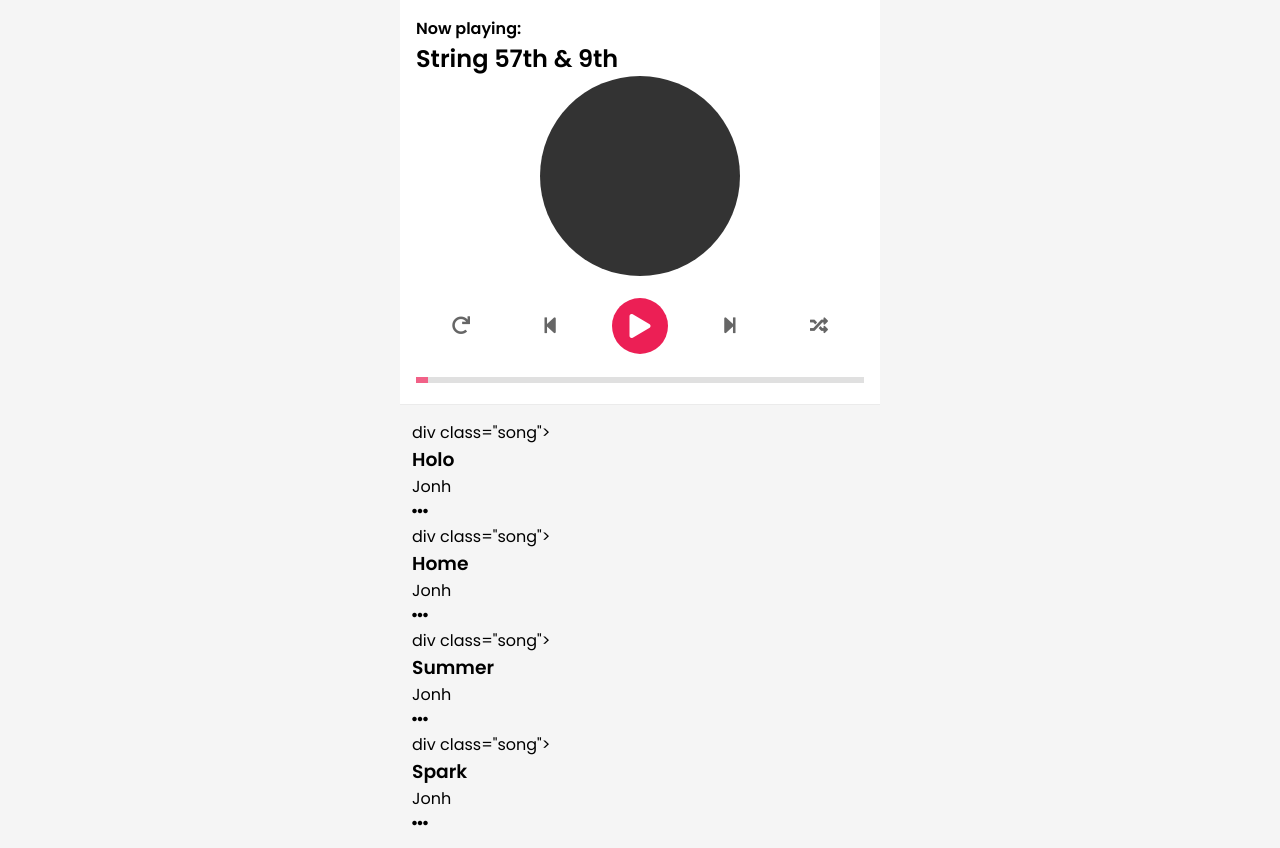
Repository: MinhNhatIT2901/Mp3-clon
Page: index.html
These files come from the project's save history. The page is drawn as it stood at one moment and after the next save; the edit follows.
The browser window is 1280 px wide. The pictures show the whole page.
Pictures or frames that could not be fetched are drawn as grey boxes.

Above is the page before, as saved 2022-01-01 17:20:45.

### index.html
<!DOCTYPE html>
<html lang="en">
<head>
    <meta charset="UTF-8">
    <meta http-equiv="X-UA-Compatible" content="IE=edge">
    <meta name="viewport" content="width=device-width, initial-scale=1.0">
    <title>Document</title>
    <link rel="stylesheet" href="./asset/css/app.css">
    <link rel="stylesheet" href="https://cdnjs.cloudflare.com/ajax/libs/font-awesome/5.15.2/css/all.min.css" integrity="sha512-HK5fgLBL+xu6dm/Ii3z4xhlSUyZgTT9tuc/hSrtw6uzJOvgRr2a9jyxxT1ely+B+xFAmJKVSTbpM/CuL7qxO8w==" crossorigin="anonymous" />
    <link rel="preconnect" href="https://fonts.gstatic.com">
    <link href="https://fonts.googleapis.com/css2?family=Poppins:wght@300;400;600&display=swap" rel="stylesheet">
</head>
<body>
    <div class="player">
        <div class="dashboard">
            <div class="header">
                <h4>Now playing:</h4>
                <h2>String 57th & 9th</h2>
            </div>

            <div class="cd">
                <div class="cd-thumb">
                </div>
            </div>

            <div class="control">
                <div class="btn btn-repeat">
                    <i class="fas fa-redo"></i>
                </div>
                <div class="btn btn-prev">
                    <i class="fas fa-step-backward"></i>
                </div>
                <div class="btn btn-toggle-play">
                    <i class="fas fa-pause icon-pause"></i>
                    <i class="fas fa-play icon-play"></i>
                </div>
                <div class="btn btn-next">
                    <i class="fas fa-step-forward"></i>
                </div>
                <div class="btn btn-random">
                    <i class="fas fa-random"></i>
                </div>
            </div>

            <input id="progress" class="progress" type="range" value="0" step="1" min="0" max="100">
            <audio id="audio" src=""></audio>
        </div>

        <div class="playlist">
            <!-- <div class="song">
                <div class="thumb" style="background-image: url('https://i.ytimg.com/vi/jTLhQf5KJSc/maxresdefault.jpg')">
                </div>
                <div class="body">
                    <h3 class="title">Music name</h3>
                    <p class="author">Singer</p>
                </div>
                <div class="option">
                    <i class="fas fa-ellipsis-h"></i>
                </div>
            </div> -->
        </div>
    </div>
</body>
    <script src="./asset/css/app.js"></script>
</html>

### asset/css/app.css
:root {
  --primary-color: #ec1f55;
  --text-color: #333;
}

* {
  padding: 0;
  margin: 0;
  box-sizing: inherit;
}

body {
  background-color: #f5f5f5;
}

html {
  box-sizing: border-box;
  font-family: "Poppins", sans-serif;
}

.player {
  position: relative;
  max-width: 480px;
  margin: 0 auto;
}

.player .icon-pause {
  display: none;
}

.player.playing .icon-pause {
  display: inline-block;
}

.player.playing .icon-play {
  display: none;
}

.dashboard {
  padding: 16px 16px 14px;
  background-color: #fff;
  position: fixed;
  top: 0;
  width: 100%;
  max-width: 480px;
  border-bottom: 1px solid #ebebeb;
}

/* HEADER */
header {
  text-align: center;
  margin-bottom: 10px;
}

header h4 {
  color: var(--primary-color);
  font-size: 12px;
}

header h2 {
  color: var(--text-color);
  font-size: 20px;
}

/* CD */
.cd {
  display: flex;
  margin: auto;
  width: 200px;
}

.cd-thumb {
  width: 100%;
  padding-top: 100%;
  border-radius: 50%;
  background-color: #333;
  background-size: cover;
  margin: auto;
}

/* CONTROL */
.control {
  display: flex;
  align-items: center;
  justify-content: space-around;
  padding: 18px 0 8px 0;
}

.control .btn {
  color: #666;
  padding: 18px;
  font-size: 18px;
}

.control .btn.active {
  color: var(--primary-color);
}

.control .btn-toggle-play {
  width: 56px;
  height: 56px;
  border-radius: 50%;
  font-size: 24px;
  color: #fff;
  display: flex;
  align-items: center;
  justify-content: center;
  background-color: var(--primary-color);
}

.progress {
  width: 100%;
  -webkit-appearance: none;
  height: 6px;
  background: #d3d3d3;
  outline: none;
  opacity: 0.7;
  -webkit-transition: 0.2s;
  transition: opacity 0.2s;
}

.progress::-webkit-slider-thumb {
  -webkit-appearance: none;
  appearance: none;
  width: 12px;
  height: 6px;
  background-color: var(--primary-color);
  cursor: pointer;
}

/* PLAYLIST */
.playlist {
  margin-top: 408px;
  padding: 12px;
}

.song {
  display: flex;
  align-items: center;
  margin-bottom: 12px;
  background-color: #fff;
  padding: 8px 16px;
  border-radius: 5px;
  box-shadow: 0 2px 3px rgba(0, 0, 0, 0.1);
}

.song.active {
  background-color: var(--primary-color);
}

.song:active {
  opacity: 0.8;
}

.song.active .option,
.song.active .author,
.song.active .title {
  color: #fff;
}

.song .thumb {
  width: 44px;
  height: 44px;
  border-radius: 50%;
  background-size: cover;
  margin: 0 8px;
}

.song .body {
  flex: 1;
  padding: 0 16px;
}

.song .title {
  font-size: 18px;
  color: var(--text-color);
}

.song .author {
  font-size: 12px;
  color: #999;
}

.song .option {
  padding: 16px 8px;
  color: #999;
  font-size: 18px;
}

### asset/css/app.js
const $ = document.querySelector.bind(document);
const $$ = document.querySelectorAll.bind(document);

const app = {
    songs: [
        {
            name: 'Holo',
            singer: 'Jonh',
            path: './asset/music/holo.mp3',
            image: 'https://a10.gaanacdn.com/images/song/39/24225939/crop_480x480_1536749130.jpg'
        },
        {
            name: 'Home',
            singer: 'Jonh',
            path: './asset/music/home.mp3',
            image: './asset/img/img2.jpg'
        },
        {
            name: 'Summer',
            singer: 'Jonh',
            path: './asser/music/mp3_music_summer.mp3',
            image: './asset/img/img3.jpg'
        },
        {
            name: 'Spark',
            singer: 'Jonh',
            path: './asset/music/spark.mp3',
            image: './asset/img/img4.jpg'
        }
    ],
    render: function() {
        const htmls = this.songs.map(song => {
            return `
                div class="song">
                    <div class="thumb"
                        style="background-image: url('${song.image}')">
                    </div>
                    <div class="body">
                        <h3 class="title">${song.name}</h3>
                        <p class="author">${song.singer}</p>
                    </div>
                    <div class="option">
                        <i class="fas fa-ellipsis-h"></i>
                    </div>
                </div>
            `
        })
        $('.playlist').innerHTML = htmls.join('');
    },
    start: function() {
        this.render();
    }
}

app.start();

After the next save:
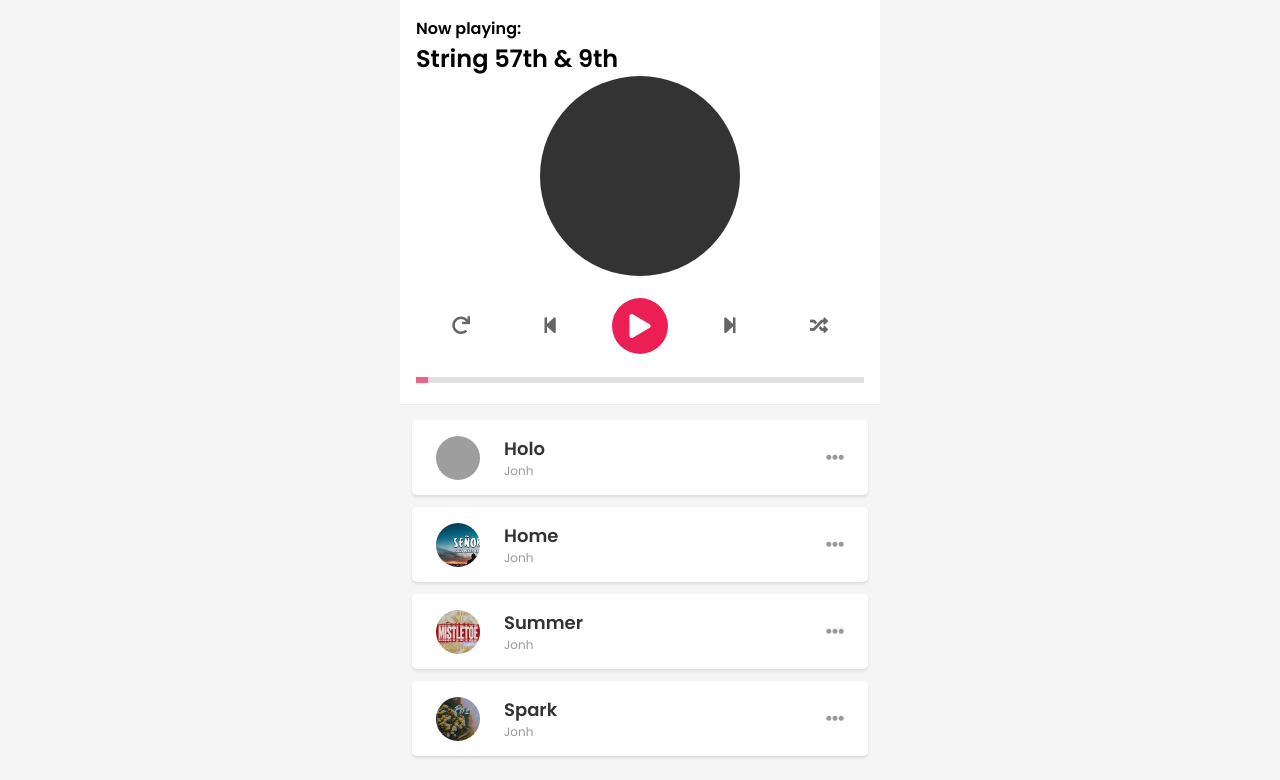
Saved 2 min 19 s later.
--- a/asset/css/app.js
+++ b/asset/css/app.js
@@ -31,18 +31,18 @@ const app = {
     render: function() {
         const htmls = this.songs.map(song => {
             return `
-                div class="song">
-                    <div class="thumb"
-                        style="background-image: url('${song.image}')">
-                    </div>
-                    <div class="body">
-                        <h3 class="title">${song.name}</h3>
-                        <p class="author">${song.singer}</p>
-                    </div>
-                    <div class="option">
-                        <i class="fas fa-ellipsis-h"></i>
-                    </div>
-                </div>
+            <div class="song">
+                  <div class="thumb"
+                      style="background-image: url('${song.image}')">
+                  </div>
+                  <div class="body">
+                      <h3 class="title">${song.name}</h3>
+                      <p class="author">${song.singer}</p>
+                  </div>
+                  <div class="option">
+                      <i class="fas fa-ellipsis-h"></i>
+                  </div>
+              </div>
             `
         })
         $('.playlist').innerHTML = htmls.join('');
